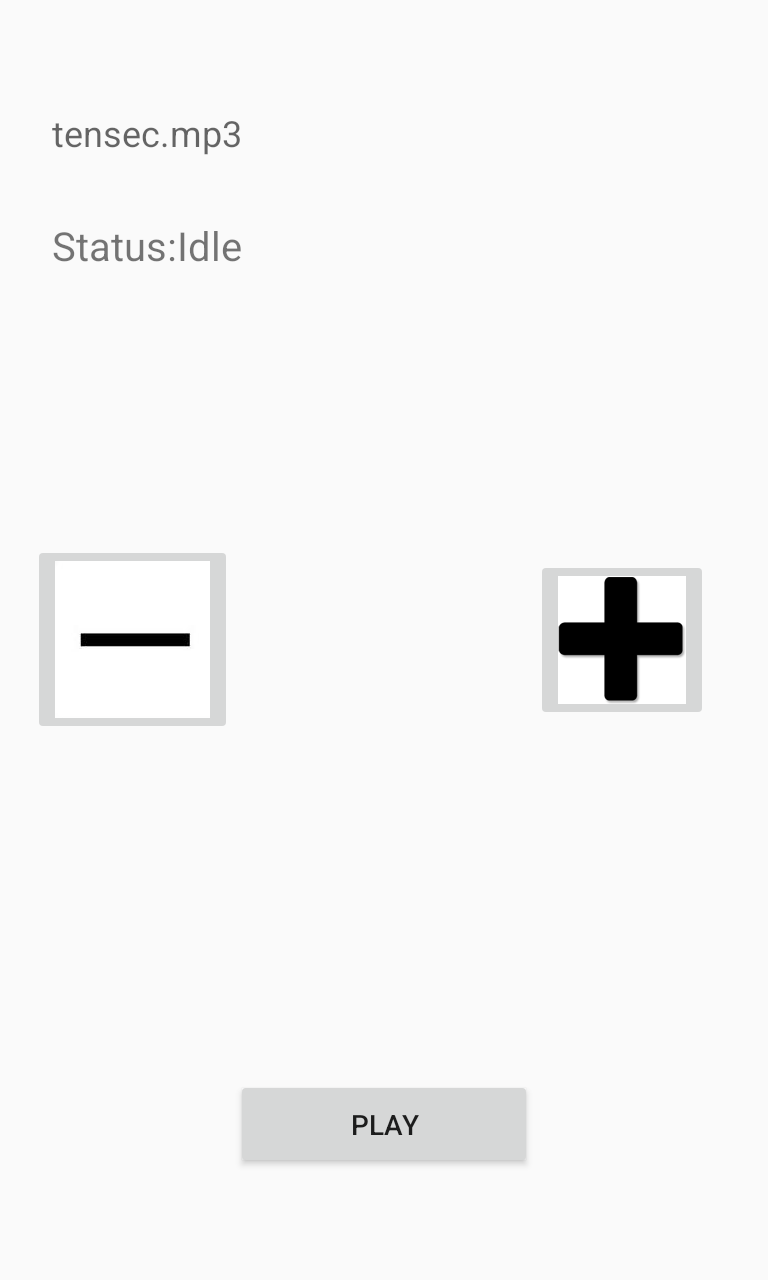
Repository: AlvaroCortez/Assigment2
Layout: AudioPlayer/res/layout/media_player_layout.xml
An editor plug-in stored every save of this project. The layout is shown before and after the next save, followed by the edit.
It is drawn on a 768 x 1280 px phone screen (xhdpi) without system bars, with theme AppTheme; the app's code is not run.

Above is the layout before, as saved 2014-06-04 11:35:56.

### AudioPlayer/res/layout/media_player_layout.xml
<?xml version="1.0" encoding="utf-8"?>
<RelativeLayout xmlns:android="http://schemas.android.com/apk/res/android"
    android:layout_width="match_parent"
    android:layout_height="match_parent" >

    <Button
        android:id="@+id/audio_button"
        android:layout_width="150dp"
        android:layout_height="wrap_content"
        android:layout_alignParentBottom="true"
        android:layout_centerHorizontal="true"
        android:layout_marginBottom="54dp"
        android:text="@string/button_text"
        android:onClick="onClick" />

    <TextView
        android:id="@+id/status_text"
        android:layout_width="150dp"
        android:layout_height="wrap_content"
        android:layout_alignParentLeft="true"
        android:layout_alignParentTop="true"
        android:layout_marginLeft="26dp"
        android:layout_marginTop="109dp"
        android:gravity="center|left"
        android:text="@string/textView_text"
        android:textSize="20sp" />

    <TextView
        android:id="@+id/mp3_text"
        android:layout_width="wrap_content"
        android:layout_height="wrap_content"
        android:layout_alignLeft="@+id/status_text"
        android:layout_alignParentTop="true"
        android:layout_marginTop="54dp"
        android:text="@string/text_mp3"
        android:textAppearance="?android:attr/textAppearanceMedium" />

    <ImageButton
        android:id="@+id/imageButton1"
        android:layout_width="wrap_content"
        android:layout_height="wrap_content"
        android:layout_centerVertical="true"
        android:layout_toRightOf="@+id/audio_button"
        android:src="@drawable/plus" />

    <ImageButton
        android:id="@+id/imageButton2"
        android:layout_width="wrap_content"
        android:layout_height="wrap_content"
        android:layout_centerVertical="true"
        android:layout_toLeftOf="@+id/audio_button"
        android:src="@drawable/minus" />

</RelativeLayout>

### AudioPlayer/res/values/strings.xml
<?xml version="1.0" encoding="utf-8"?>
<resources>

    <string name="app_name">AudioPlayer</string>
    <string name="hello_world">Hello world!</string>
    <string name="action_settings">Settings</string>
    <string name="button_text">Play</string>
    <string name="textView_text">Status:Idle</string>
    <string name="text_mp3">tensec.mp3</string>

</resources>

Loaded but not shown: AudioPlayer/res/values/styles.xml (common file); AudioPlayer/res/values-v11/styles.xml (common file); AudioPlayer/res/values-v14/styles.xml (common file)

After the next save:
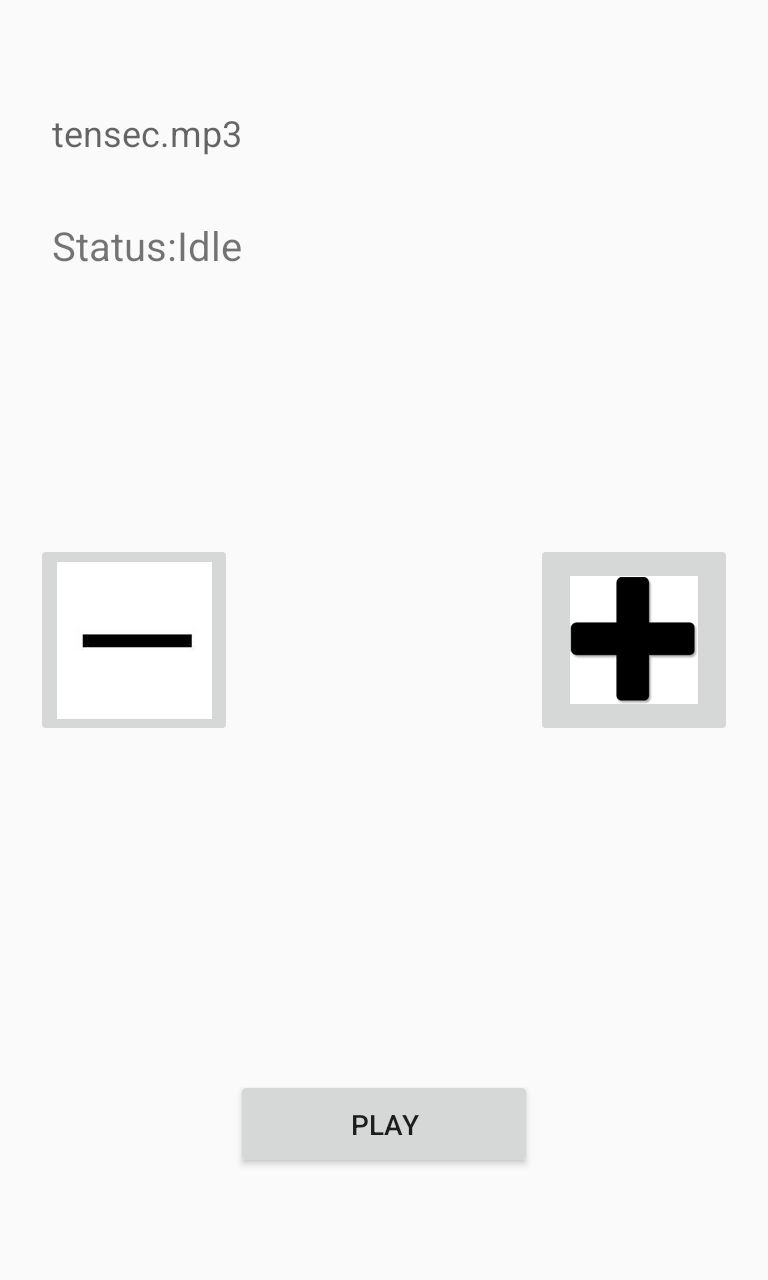
Saved 51 s later.
--- a/AudioPlayer/res/layout/media_player_layout.xml
+++ b/AudioPlayer/res/layout/media_player_layout.xml
@@ -37,16 +37,16 @@
 
     <ImageButton
         android:id="@+id/imageButton1"
-        android:layout_width="wrap_content"
-        android:layout_height="wrap_content"
+        android:layout_width="100dp"
+        android:layout_height="100dp"
         android:layout_centerVertical="true"
         android:layout_toRightOf="@+id/audio_button"
         android:src="@drawable/plus" />
 
     <ImageButton
         android:id="@+id/imageButton2"
-        android:layout_width="wrap_content"
-        android:layout_height="wrap_content"
+        android:layout_width="100dp"
+        android:layout_height="100dp"
         android:layout_centerVertical="true"
         android:layout_toLeftOf="@+id/audio_button"
         android:src="@drawable/minus" />
